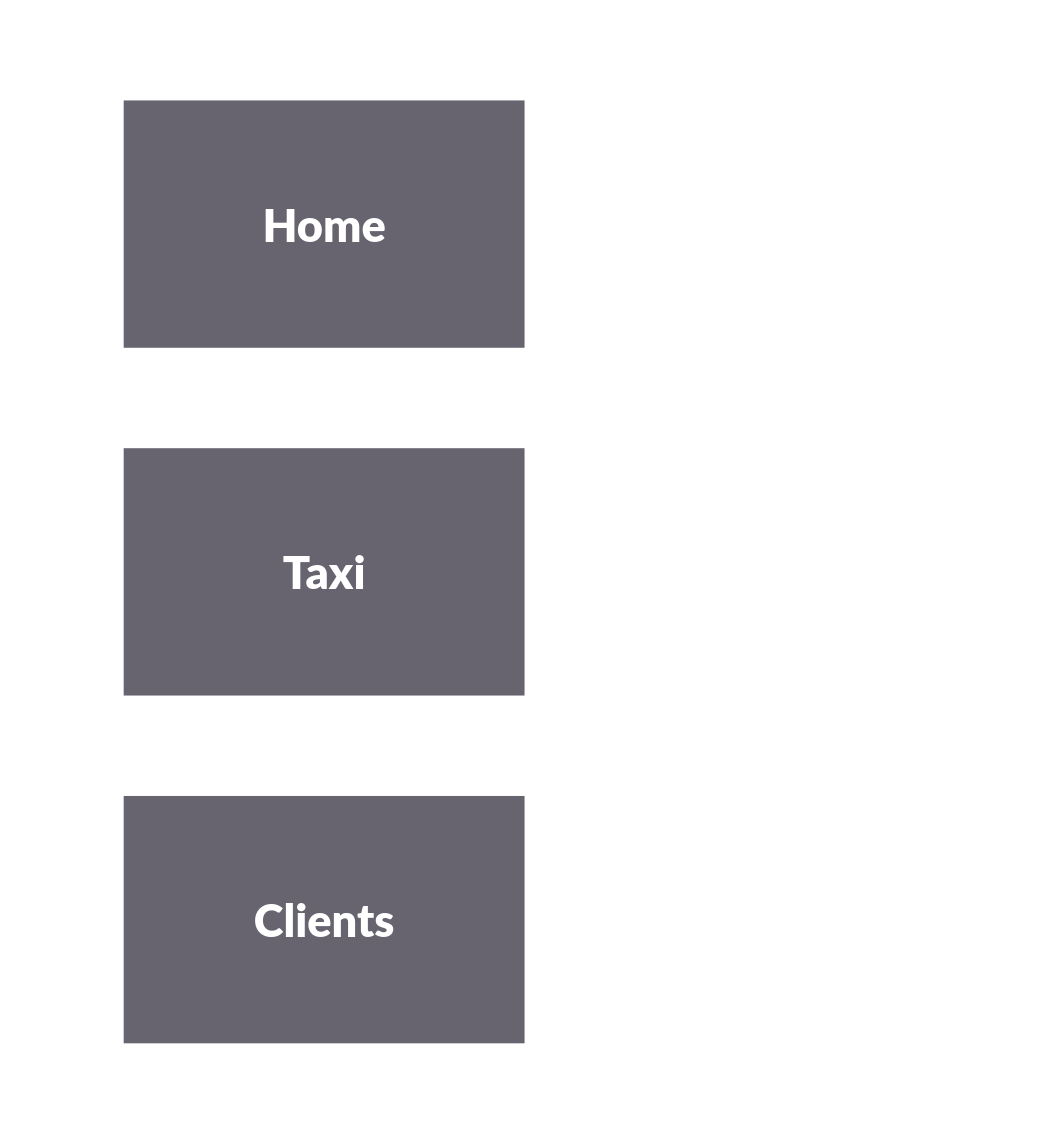
Repository: ash-the-reaper/TaxiRoot
Page: UI/WebContent/home.html
The author's editor kept a copy of each file at every save. The page is drawn from the files as they stood at one save, then again after the next save.
The browser window is 1280 px wide. The pictures show the whole page, at 83% of full size.

Above is the page before, as saved 2017-03-14 09:37:45.
Console error: ReferenceError: CONTEXT_PATH is not defined

### UI/WebContent/home.html
<!DOCTYPE html>
<html>
<head lang="en">
	<meta charset="UTF-8">
	<meta http-equiv="pragma" content="no-cache">
	<meta http-equiv="cache-control" content="no-cache">

	<script src="js/angular.min.js"></script>
	<script id="script" src="js/main.js"></script>
	<script id="script" src="js/dashboard.js"></script>


	<link rel="stylesheet" type="text/css" href="css/adminMenu.css">

	<title>Home</title>

	 <style type="text/css">

        body > div
        {

            margin:121px 149px;

            width:483px;
            height:298px;

            background:#676470;
            color:#fff;

            font-family:Lato;
            font-weight:900;
            font-size:3.4em;

            text-align:center;
            line-height:298px;

            transition:all 0.3s ease;

        }

        .grow:hover
        {
            -webkit-transform: scale(1.3);
            -ms-transform: scale(1.3);
            transform: scale(1.3);
        }

    </style>

</head>

<body ng-app="ngApp" ng-controller="ngCtrl">

<div class="grow">Home</div>

<div class="grow">Taxi</div>

<div class="grow">Clients</div>

</body>


</html>

### UI/WebContent/js/dashboard.js
var checkLogin = CONTEXT_PATH+ "account/checkLogin";

var app = angular.module("ngApp", []);
app.controller("ngCtrl", function($scope,$http,$window) {
    $scope.changeView = function (val) {
    	if(val == 'home'){
    		$window.location.href = '/home.html';
    	}

    	else if(val == 'taxi'){
    		$window.location.href = '/taxiclients.html';
    	}

    	else if(val == 'clients'){
    		$window.location.href = '/taxiclients.html';
    	}
    }
});

### UI/WebContent/CSS/adminMenu.css
/*
	https://www.w3schools.com/css/tryit.asp?filename=trycss_navbar_vertical_responsive
*/

body {margin: 0;}

ul.sidenav {
    list-style-type: none;
    margin: 0;
    padding: 0;
    width: 25%;
    background-color: #f1f1f1;
    position: fixed;
    height: 100%;
    overflow: auto;
}

ul.sidenav li a {
    display: block;
    color: #000;
    padding: 8px 16px;
    text-decoration: none;
}

ul.sidenav li a.active {
    background-color: #3498DB;
    color: white;
}

ul.sidenav li a:hover:not(.active) {
    background-color: #555;
    color: white;
}

div.content {
    margin-left: 25%;
    padding: 1px 16px;
    height: 1000px;
}

@media screen and (max-width: 1050px){
    ul.sidenav {
        width:100%;
        height:auto;
        position:relative;
    }
    ul.sidenav li a {
        float: left;
        padding: 15px;
    }
    div.content {margin-left:0;}
}

@media screen and (max-width: 400px){
    ul.sidenav li a {
        text-align: center;
        float: none;
    }
}




/*
	css for dashboard
	http://www.webdesignerdepot.com/2014/05/8-simple-css3-transitions-that-will-wow-your-users/
*/

.border:hover
{
        box-shadow: inset 0 0 0 25px #53a7ea;
}

.grow:hover
{
        -webkit-transform: scale(1.3);
        -ms-transform: scale(1.3);
        transform: scale(1.3);
}

Loaded but not shown: UI/WebContent/js/angular.min.js (library); UI/WebContent/js/main.js (no copy from this time; the picture is the same without it)

After the next save:
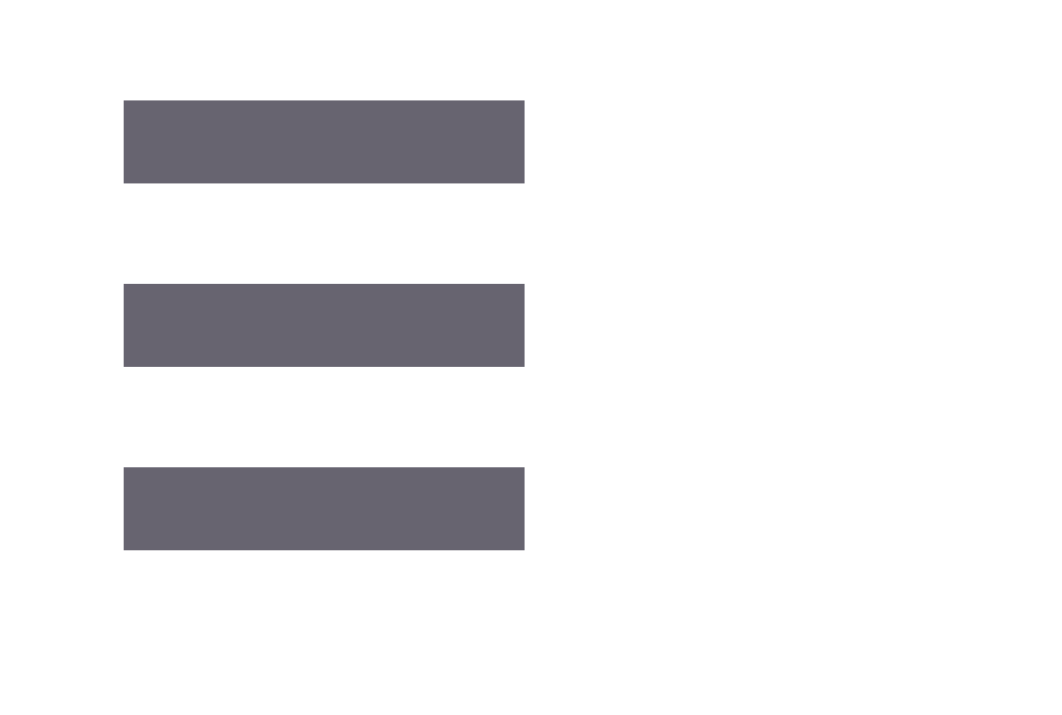
Saved 46 s later.
--- a/UI/WebContent/home.html
+++ b/UI/WebContent/home.html
@@ -22,7 +22,7 @@
             margin:121px 149px;
 
             width:483px;
-            height:298px;
+            height:100px;
 
             background:#676470;
             color:#fff;
